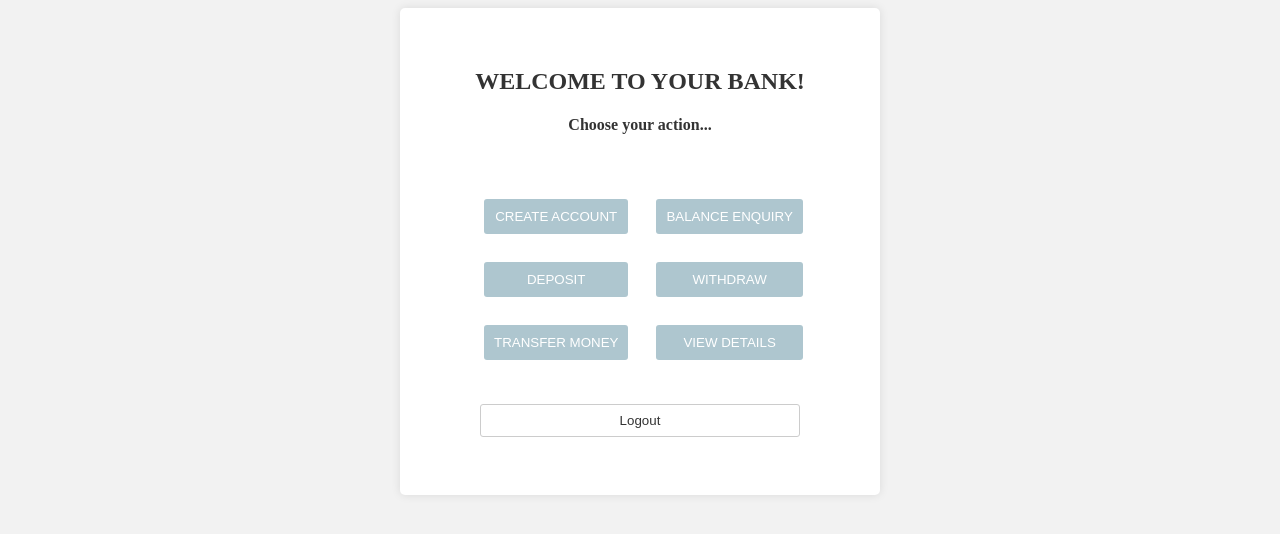
Repository: mansistic-0n3/Java_IGT
Page: Java Project/BankServlet/src/main/webapp/Home.html
These files come from the project's save history. The page is drawn as it stood at one moment and after the next save; the edit follows.
The browser window is 1280 px wide. The pictures show the whole page.

Above is the page before, as saved 2023-07-03 06:26:02.

### Java Project/BankServlet/src/main/webapp/Home.html
<!DOCTYPE html>
<html>
<head>
  <title>BANK</title>
  <style>
 <!-- .button{
  width: 100%;
  padding: 10px;
  border-radius: 3px;
  border: none;
  background-color: #AEC6CF;
  color: #ffffff;
  cursor: pointer;
 }
 .button:hover {
      transform: scale(1.2);
    }-->


  </style>
</head>
<body style="background-color: #f2f2f2; text-align:center;">
<div style="max-width: 400px; margin: 0 auto; padding: 40px; background-color: #ffffff; border-radius: 5px; box-shadow: 0 0 10px rgba(0, 0, 0, 0.1);">
 <h2 style="text-align: center; color: #333333;">WELCOME TO YOUR BANK!</h2>
 <h4 style="text-align: center; color: #333333;">Choose your action...</h4>
  <div style="display: grid; grid-template-columns: repeat(2, 1fr); gap: 20px; max-width: 400px; margin: 0 auto; padding: 40px;">
   <form action="create.html"> <div style="text-align: center;padding:4px;">
      <input type="submit" value = "CREATE ACCOUNT" class="button">
    </div></form>
    <form action="Bal.html"> <div style="text-align: center;padding:4px;">
      <input type="submit" value = "BALANCE ENQUIRY" class="button">
    </div></form>
   <form action="Deposit.html"> <div style="text-align: center;padding:4px;">
      <input type="submit" value = "DEPOSIT" class="button">
    </div></form>
    <form action="Withdraw.html"> <div style="text-align: center; padding:4px;">
      <input type="submit" value = "WITHDRAW" class="button">
    </div></form>
     <form action="transfer.html"> <div style="text-align: center; padding:4px;">
      <input type="submit" value = "TRANSFER MONEY" class="button">
    </div></form>
    <form action="detail.html"> <div style="text-align: center; padding:4px;">
      <input type="submit" value = "VIEW DETAILS" class="button">
    </div></form>
  </div>

      <form action="login.html">
        <input type="submit" value="Logout" style="width: 80%; padding: 8px; border-radius: 3px; border: 1px solid #cccccc; background-color: #ffffff; color: #333333; cursor: pointer;">
      <br><br></form></div>
</body>
</html>

After the next save:
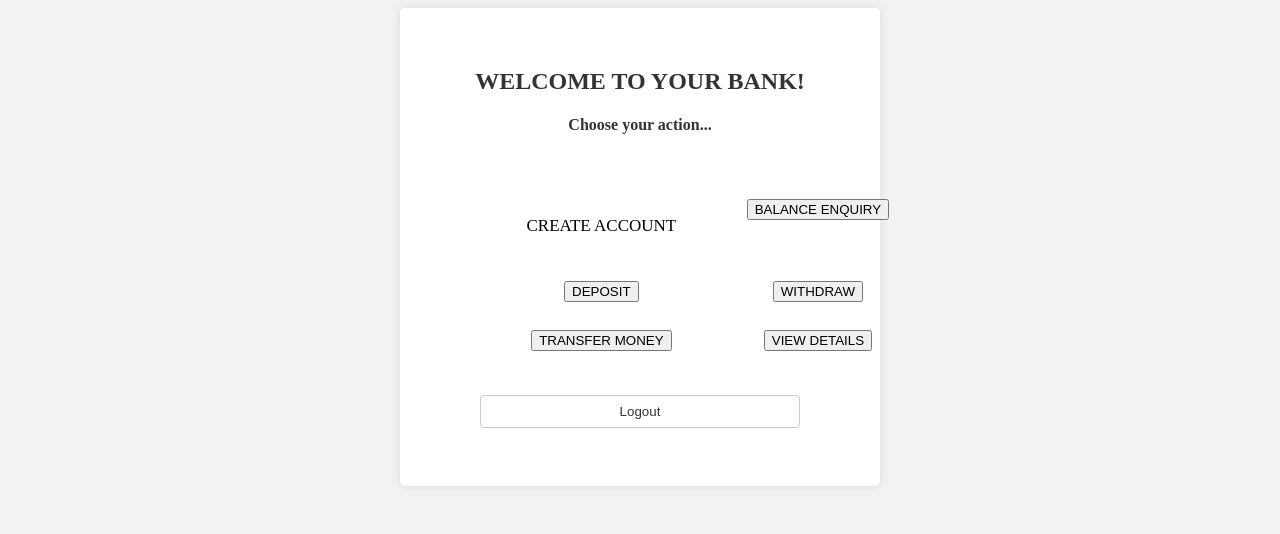
Saved 80 s later.
--- a/Java Project/BankServlet/src/main/webapp/Home.html
+++ b/Java Project/BankServlet/src/main/webapp/Home.html
@@ -2,8 +2,8 @@
 <html>
 <head>
   <title>BANK</title>
-  <style>
- <!-- .button{
+   <!--<style>
+ .button{
   width: 100%;
   padding: 10px;
   border-radius: 3px;
@@ -14,9 +14,56 @@
  }
  .button:hover {
       transform: scale(1.2);
-    }-->
+    }
+  </style>-->
+  <style>
+  .btn {
+ position: relative;
+ font-size: 17px;
+ text-transform: uppercase;
+ text-decoration: none;
+ padding: 1em 2.5em;
+ display: inline-block;
+ border-radius: 6em;
+ transition: all .2s;
+ border: none;
+ font-family: inherit;
+ font-weight: 500;
+ color: black;
+ background-color: white;
+}
 
+.btn:hover {
+ transform: translateY(-3px);
+ box-shadow: 0 10px 20px rgba(0, 0, 0, 0.2);
+}
 
+.btn:active {
+ transform: translateY(-1px);
+ box-shadow: 0 5px 10px rgba(0, 0, 0, 0.2);
+}
+
+.btn::after {
+ content: "";
+ display: inline-block;
+ height: 100%;
+ width: 100%;
+ border-radius: 100px;
+ position: absolute;
+ top: 0;
+ left: 0;
+ z-index: -1;
+ transition: all .4s;
+}
+
+.btn::after {
+ background-color: #fff;
+}
+
+.btn:hover::after {
+ transform: scaleX(1.4) scaleY(1.6);
+ opacity: 0;
+}
   </style>
 </head>
 <body style="background-color: #f2f2f2; text-align:center;">
@@ -25,7 +72,7 @@
  <h4 style="text-align: center; color: #333333;">Choose your action...</h4>
   <div style="display: grid; grid-template-columns: repeat(2, 1fr); gap: 20px; max-width: 400px; margin: 0 auto; padding: 40px;">
    <form action="create.html"> <div style="text-align: center;padding:4px;">
-      <input type="submit" value = "CREATE ACCOUNT" class="button">
+      <input type="submit" value = "CREATE ACCOUNT" class="btn">
     </div></form>
     <form action="Bal.html"> <div style="text-align: center;padding:4px;">
       <input type="submit" value = "BALANCE ENQUIRY" class="button">
